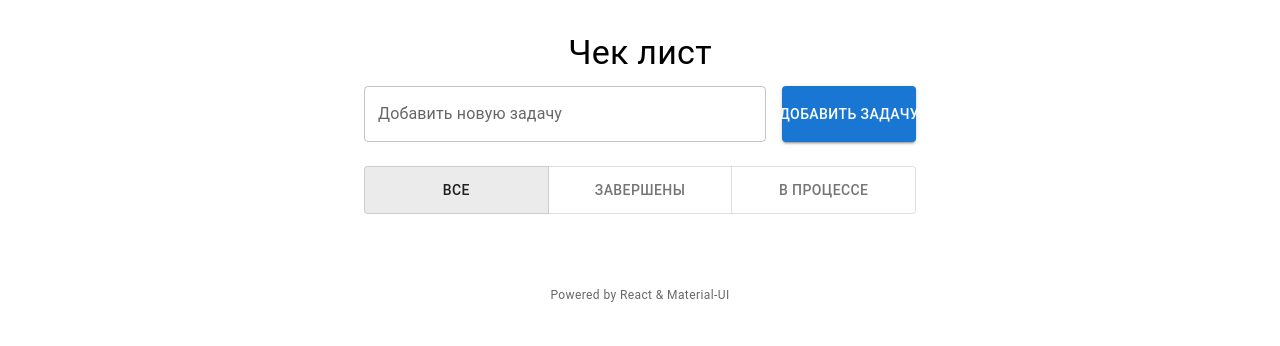
Repository: tobiaskoira/simple_web_service
Page: / (app in client/)
An editor plug-in stored every save of this project. The page is shown before and after the next save, followed by the edit.
The browser window is 1280 px wide. The pictures show the whole page.
The page's requests for data from a server got no answer. The project was rebuilt for these pictures with package versions that can differ from the ones it lists, and the page was loaded fresh each time. No one was signed in, and anything a server would have sent is missing.

Above is the page before, as saved 2024-12-22 23:33:50.

### client/src/App.js
import React, { useState, useEffect } from 'react';
import {
    Container,
    Typography,
    TextField,
    Button,
    List,
    ListItem,
    ListItemText,
    IconButton,
    Checkbox,
    ToggleButtonGroup,
    ToggleButton,
    Box,
} from '@mui/material';
import DeleteIcon from '@mui/icons-material/Delete';

const App = () => {
    const [tasks, setTasks] = useState([]);
    const [newTask, setNewTask] = useState('');
    const [filter, setFilter] = useState('all'); // all, completed, incomplete

    // Fetch tasks from backend
    useEffect(() => {
        fetch('http://localhost:5000/tasks')
            .then((res) => res.json())
            .then((data) => setTasks(data))
            .catch((error) => console.error('Error fetching tasks:', error));
    }, []);

    // Add a new task
    const addTask = async () => {
        const response = await fetch('http://localhost:5000/tasks', {
            method: 'POST',
            headers: { 'Content-Type': 'application/json' },
            body: JSON.stringify({ title: newTask, completed: false }),
        });
        const task = await response.json();
        setTasks([...tasks, task]);
        setNewTask('');
    };

    // Delete a task
    const deleteTask = async (id) => {
        await fetch(`http://localhost:5000/tasks/${id}`, { method: 'DELETE' });
        setTasks(tasks.filter((task) => task._id !== id));
    };

    // Toggle task completion
    const toggleCompletion = async (id, completed) => {
        const response = await fetch(`http://localhost:5000/tasks/${id}`, {
            method: 'PATCH',
            headers: { 'Content-Type': 'application/json' },
            body: JSON.stringify({ completed: !completed }),
        });
        const updatedTask = await response.json();
        setTasks(
            tasks.map((task) => (task._id === updatedTask._id ? updatedTask : task))
        );
    };

    // Handle task filtering
    const filteredTasks = tasks.filter((task) => {
        if (filter === 'completed') return task.completed;
        if (filter === 'incomplete') return !task.completed;
        return true;
    });

    return (
        <Container maxWidth="sm" sx={{ mt: 4 }}>
            <Typography variant="h4" align="center" gutterBottom>
                Чек лист
            </Typography>

            {/* Task input */}
            <Box sx={{ display: 'flex', gap: 2, mb: 3 }}>
                <TextField
                    variant="outlined"
                    fullWidth
                    label="Добавить новую задачу"
                    value={newTask}
                    onChange={(e) => setNewTask(e.target.value)}
                />
                <Button
                    variant="contained"
                    color="primary"
                    onClick={addTask}
                    sx={{ whiteSpace: 'nowrap' }}
                >
                    Добавить задачу
                </Button>
            </Box>

            {/* Filter toggle buttons */}
            <ToggleButtonGroup
                value={filter}
                exclusive
                onChange={(e, newFilter) => setFilter(newFilter || 'all')}
                fullWidth
                sx={{ mb: 3 }}
            >
                <ToggleButton value="all">Все</ToggleButton>
                <ToggleButton value="completed">Завершены</ToggleButton>
                <ToggleButton value="incomplete">В процессе</ToggleButton>
            </ToggleButtonGroup>

            {/* Task list */}
            <List>
                {filteredTasks.map((task) => (
                    <ListItem
                        key={task._id}
                        secondaryAction={
                            <IconButton
                                edge="end"
                                aria-label="удалить"
                                onClick={() => deleteTask(task._id)}
                            >
                                <DeleteIcon />
                            </IconButton>
                        }
                    >
                        <Checkbox
                            checked={task.completed}
                            onChange={() =>
                                toggleCompletion(task._id, task.completed)
                            }
                        />
                        <ListItemText
                            primary={task.title}
                            secondary={task.completed ? 'Completed' : 'Incomplete'}
                        />
                    </ListItem>
                ))}
            </List>

            {/* Footer */}
            <Typography
                variant="caption"
                display="block"
                align="center"
                color="textSecondary"
                sx={{ mt: 4 }}
            >
                Powered by React & Material-UI
            </Typography>
        </Container>
    );
};

export default App;

Loaded but not shown: client/public/index.html (common file); client/src/index.js (common file); client/src/index.css (common file); client/src/reportWebVitals.js (common file)

After the next save:
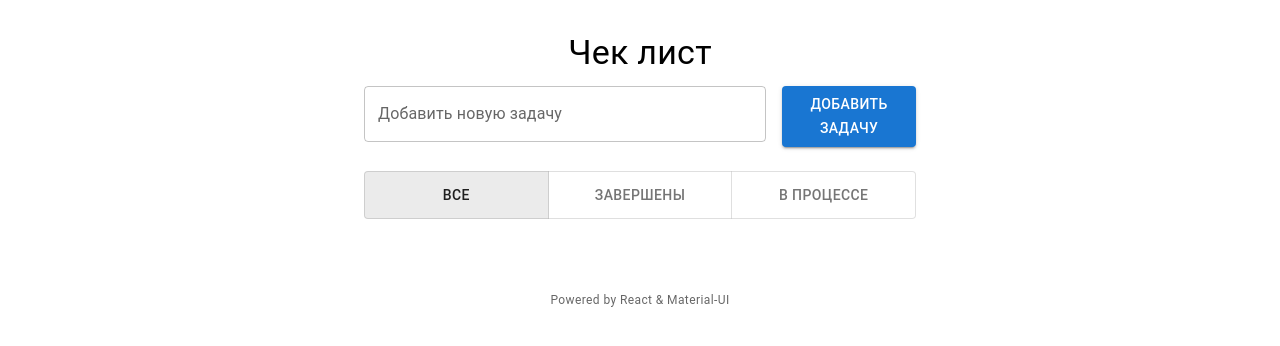
Saved 39 s later.
--- a/client/src/App.js
+++ b/client/src/App.js
@@ -85,7 +85,7 @@ const App = () => {
                     variant="contained"
                     color="primary"
                     onClick={addTask}
-                    sx={{ whiteSpace: 'nowrap' }}
+                    sx={{ whiteSpace: 'wrap' }}
                 >
                     Добавить задачу
                 </Button>
